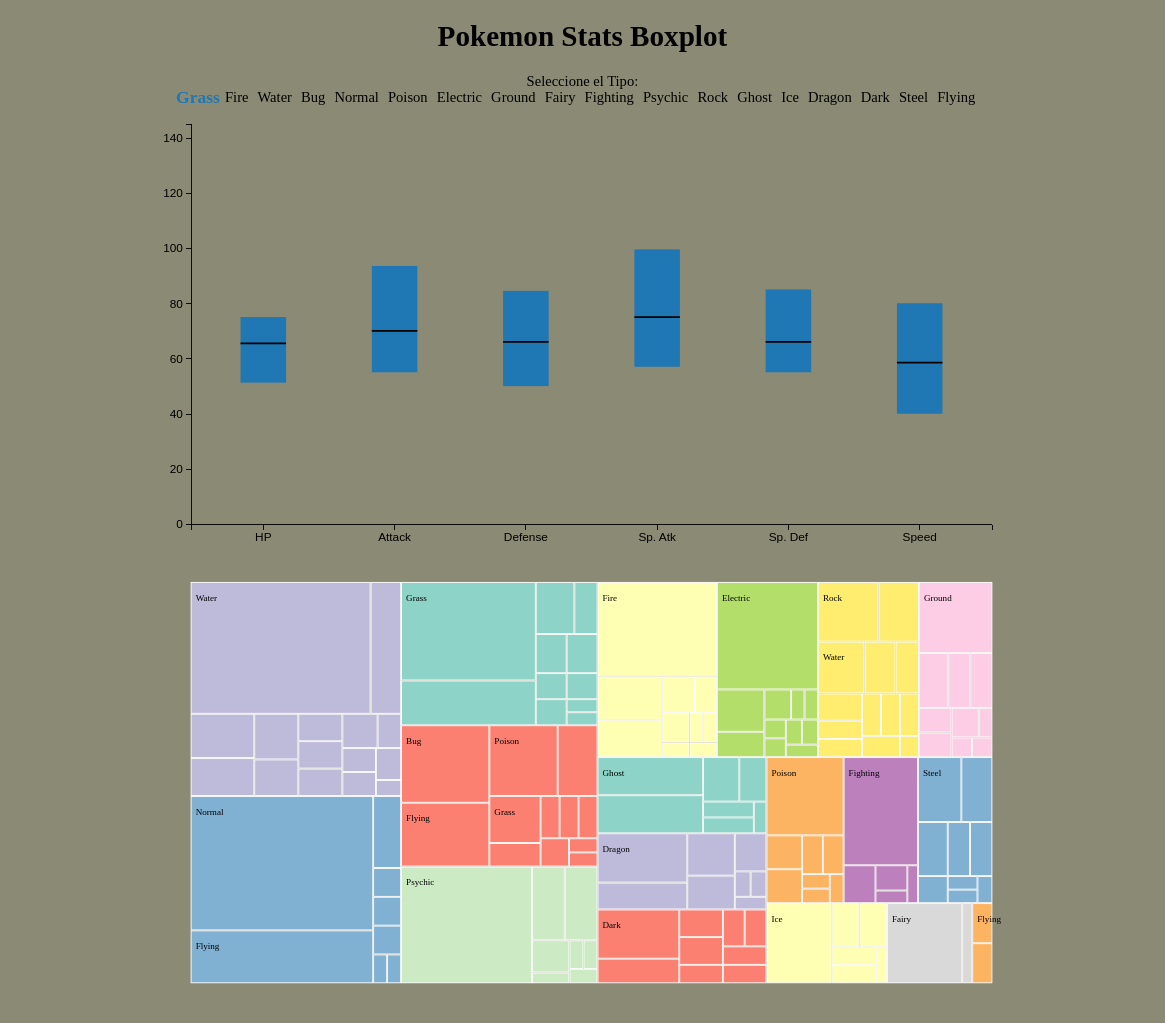
Repository: Cartterr/Proyecto-VisInfo
Page: Propuesta1_Tipos_Cajas.html
The author's editor kept a copy of each file at every save. The page is drawn from the files as they stood at one save, then again after the next save.
The browser window is 1280 px wide. The pictures show the whole page, at 91% of full size.

Above is the page before, as saved 2023-06-28 03:24:48.

After the next save:
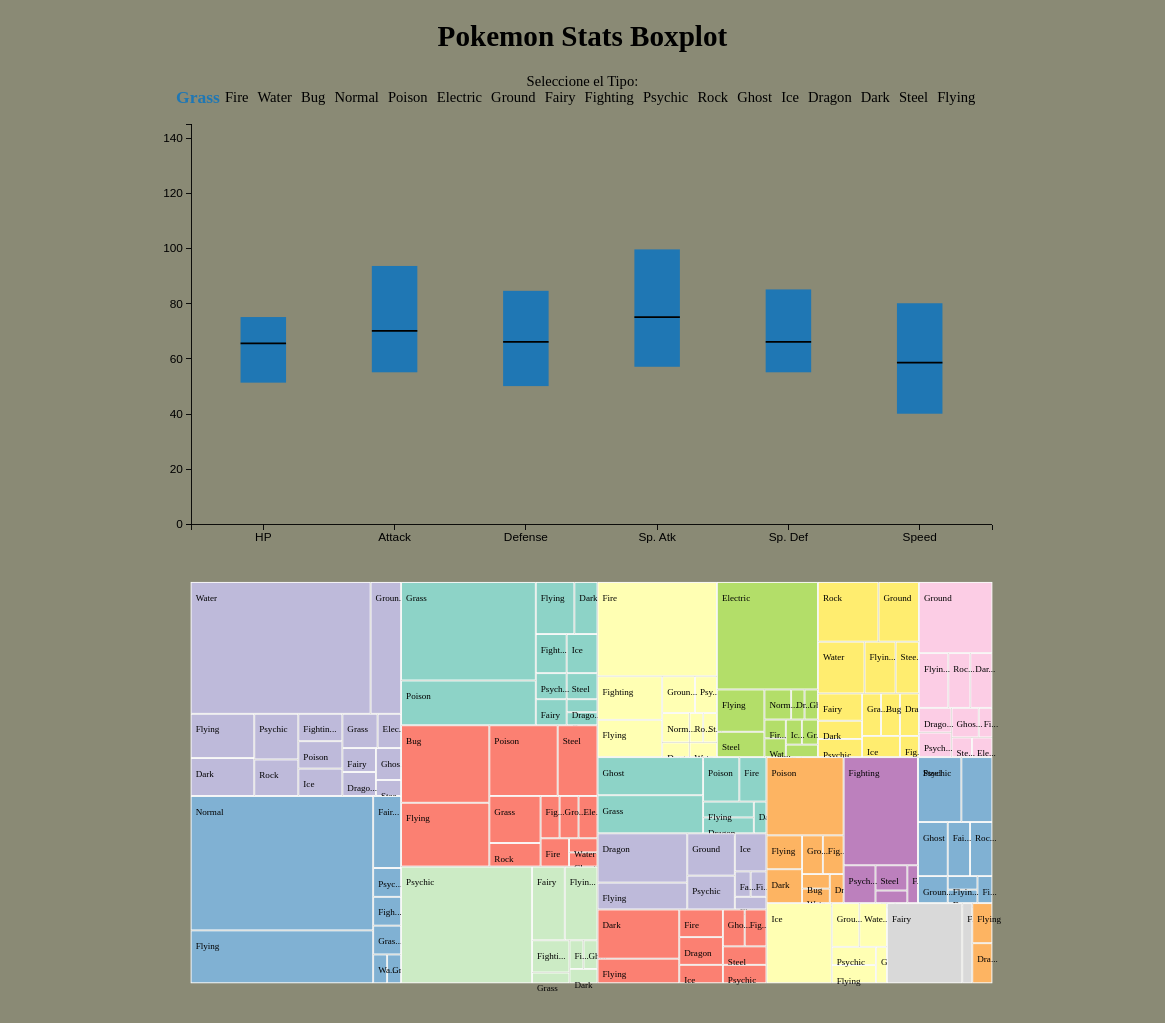
Saved 19 s later.
--- a/Propuesta1_Tipos_Cajas.js
+++ b/Propuesta1_Tipos_Cajas.js
@@ -165,19 +165,17 @@
             updateBoxPlot(selectedType);
         });
 
-    svgTreemap.selectAll("text.type2")
-        .data(root.leaves())
+    // Add labels for Type 2 and Type 1
+    groups.selectAll("text.type2")
+        .data(d => d.leaves())
         .enter()
         .append("text")
         .attr("class", "type2")
         .attr("x", d => d.x0 + 5)
         .attr("y", d => d.y0 + 20)
-        .text(d => {
-            // This will avoid placing text on too small rectangles
-            if ((d.x1 - d.x0) > 50 && (d.y1 - d.y0) > 50) {
-                return d.data.name; // show Type 2
-            }
-        });
+        .text(d => d.data.name.length * 6 < (d.x1 - d.x0) ? d.data.name : `${d.data.name.slice(0, (d.x1 - d.x0) / 6)}...`) // Truncate text if it doesn't fit
+        .append("title")  // Tooltip to show full name on hover
+        .text(d => d.data.name);
 
     svgTreemap.selectAll("text.type1")
         .data(root.children)
